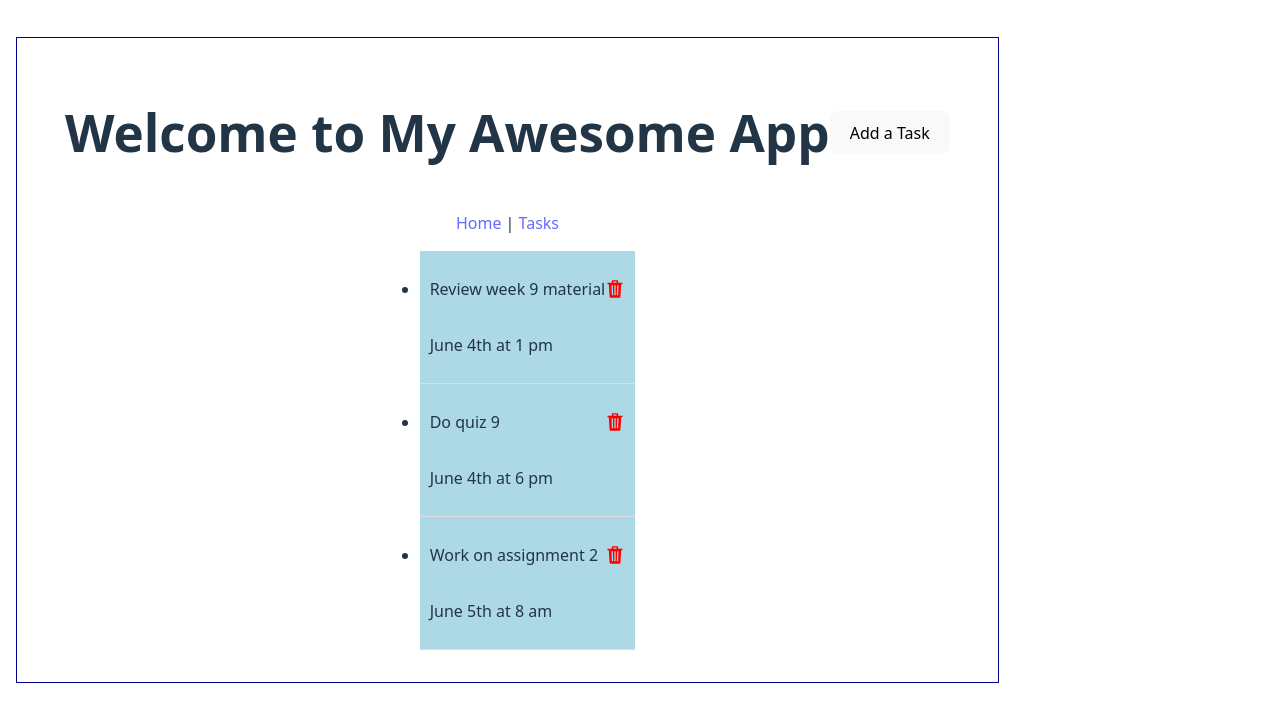
Repository: liulian26/CS5610
Page: /tasks (app in week9/my-vite-app/)
The author's editor kept a copy of each file at every save. The page is drawn from the files as they stood at one save, then again after the next save.
The browser window is 1280 px wide. The pictures show the whole page.
The project was rebuilt for these pictures with package versions that can differ from the ones it lists, and the page was loaded fresh each time. Requests to the local data server were answered from the project's data file. Also part of the build but not shown: week9/my-vite-app/vite.config.js, week9/my-vite-app/src/components /AddTask.jsx.

Above is the page before, as saved 2025-03-27 11:46:55.

After the next save:
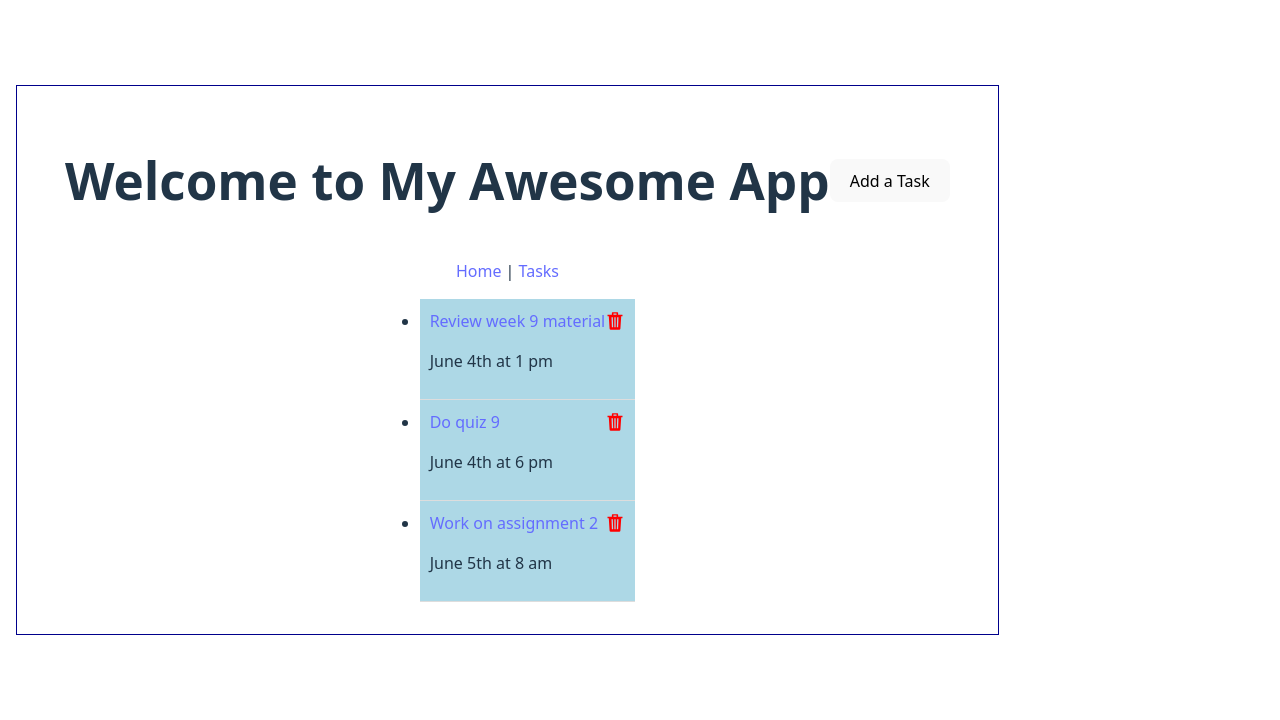
Saved 4 min 35 s later.
--- a/week9/my-vite-app/src/components /Task.jsx
+++ b/week9/my-vite-app/src/components /Task.jsx
@@ -7,7 +7,10 @@ export default function Task({ taskObj, onDelete }) {
     <li>
       <div className="taskContainer">
         <div className="taskTileIconContainer">
-          <p>{taskObj.title}</p>
+          <NavLink to={`/tasks/${taskObj.id}`}>
+            {taskObj.title}
+          </NavLink>
+
           <IoTrashSharp className="deleteIcon" onClick={() => onDelete(taskObj.id)}/>
         </div>
           <p>{taskObj.date}</p>
